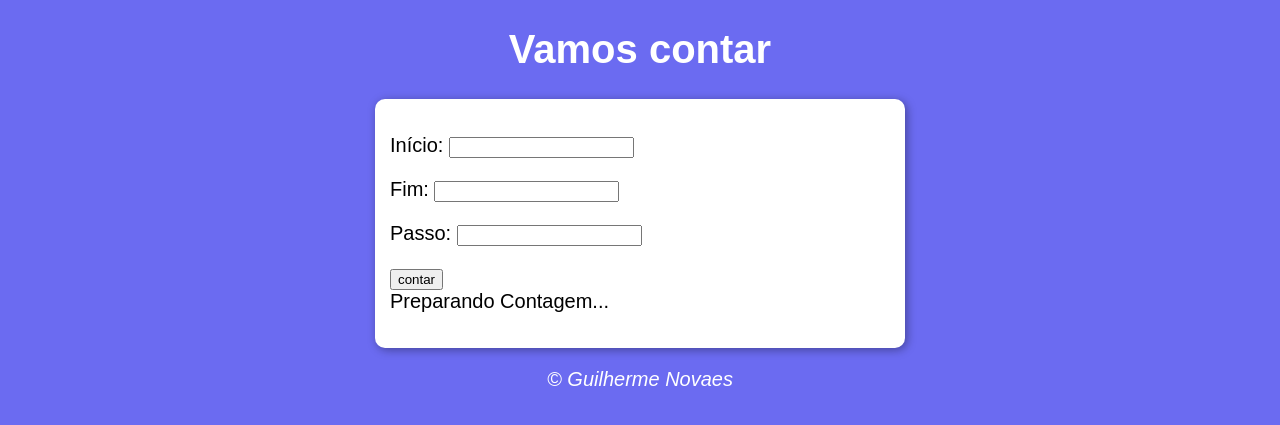
Repository: Guilherme-RNovaes/JavaScript-Curso
Page: Aula 14ex/ex016/index.html
The author's editor kept a copy of each file at every save. The page is drawn from the files as they stood at one save, then again after the next save.
The browser window is 1280 px wide. The pictures show the whole page.

Above is the page before, as saved 2022-09-07 11:06:03.
Console error: SyntaxError: Invalid destructuring assignment target

After the next save:
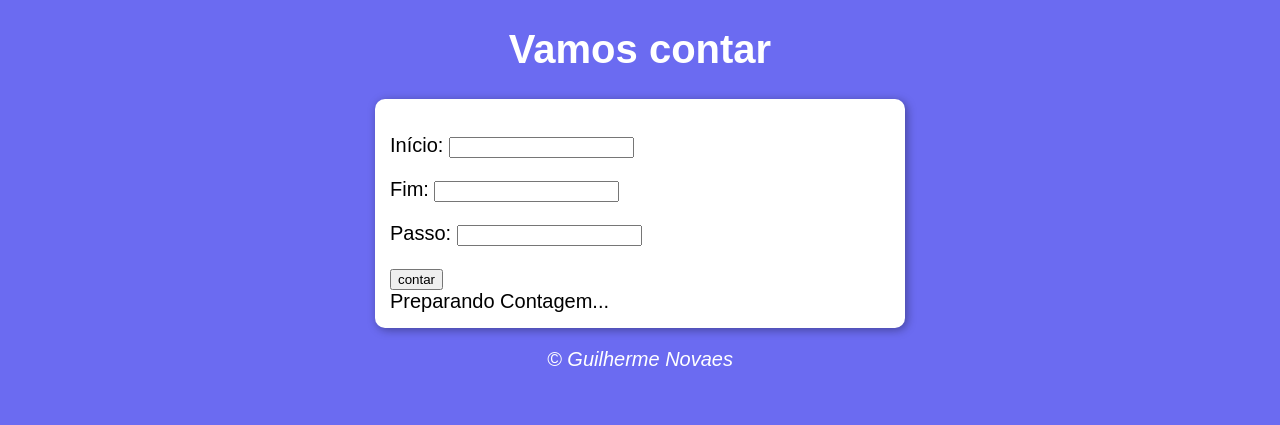
Saved 5 s later.
--- a/Aula 14ex/ex016/index.html
+++ b/Aula 14ex/ex016/index.html
@@ -19,7 +19,7 @@
             <input type="button" value="contar" onclick="calcular()">
         </div>
         <div id="res">
-            Preparando Contagem...</p>
+            Preparando Contagem...
         </div>
     </section>
     <footer>
